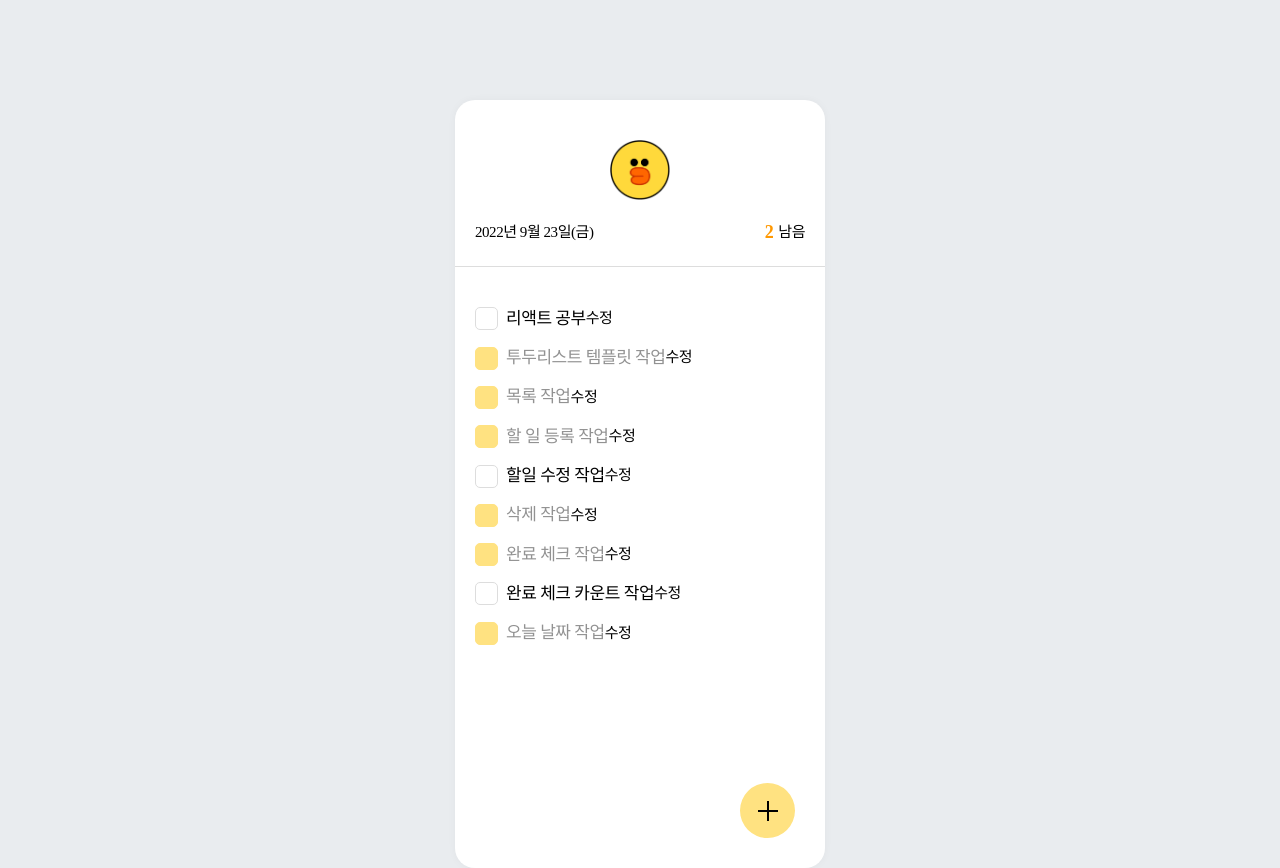
Repository: kwak0630/react-todo
Page: /
An editor plug-in stored every save of this project. The page is shown before and after a run of saves, followed by the edit.
The browser window is 1280 px wide. The pictures show the whole page.
The project was rebuilt for these pictures with package versions that can differ from the ones it lists, and the page was loaded fresh each time. Also part of the build but not shown: src/components/TodoEdit.js.

Above is the page before, as saved 2022-09-23 14:03:15.

### public/index.html
<!DOCTYPE html>
<html lang="en">
  <head>
    <meta charset="utf-8" />
    <link rel="icon" href="../src/assets/images/ico_sally.png" />
    <meta name="viewport" content="width=device-width, initial-scale=1" />
    <meta name="theme-color" content="#000000" />
    <meta
      name="description"
      content="Web site created using create-react-app"
    />
    <link rel="apple-touch-icon" href="%PUBLIC_URL%/logo192.png" />
    <!--
      manifest.json provides metadata used when your web app is installed on a
      user's mobile device or desktop. See https://developers.google.com/web/fundamentals/web-app-manifest/
    -->
    <link rel="manifest" href="%PUBLIC_URL%/manifest.json" />
    <!--
      Notice the use of %PUBLIC_URL% in the tags above.
      It will be replaced with the URL of the `public` folder during the build.
      Only files inside the `public` folder can be referenced from the HTML.

      Unlike "/favicon.ico" or "favicon.ico", "%PUBLIC_URL%/favicon.ico" will
      work correctly both with client-side routing and a non-root public URL.
      Learn how to configure a non-root public URL by running `npm run build`.
    -->
    <title>React - TodoList Test</title>
  </head>
  <body>
    <noscript>You need to enable JavaScript to run this app.</noscript>
    <div id="root"></div>
    <!--
      This HTML file is a template.
      If you open it directly in the browser, you will see an empty page.

      You can add webfonts, meta tags, or analytics to this file.
      The build step will place the bundled scripts into the <body> tag.

      To begin the development, run `npm start` or `yarn start`.
      To create a production bundle, use `npm run build` or `yarn build`.
    -->
  </body>
</html>

### src/App.js

import React, { useState, useRef } from 'react'
import TodoTemplate from './components/TodoTemplate';
import TodoHeader from './components/TodoHeader';
import TodoList from './components/TodoList';
import TodoCreate from './components/TodoCreate';
import TodoEdit from './components/TodoEdit';
import "./assets/css/style.scss"


function App() {

  // const todos = [
  const  [todos, setTodos] = useState([
    {
      id: 1,
      text: '리액트 공부',
      done: false
    },
    {
      id: 2,
      text: '투두리스트 템플릿 작업',
      done: true
    },
    {
      id: 3,
      text: '목록 작업',
      done: true
    },
    {
      id: 4,
      text: '할 일 등록 작업',
      done: true
    },
    {
      id: 5,
      text: '할일 수정 작업',
      done: false
    },
    {
      id: 6,
      text: '삭제 작업',
      done: true
    },
    {
      id: 7,
      text: '완료 체크 작업',
      done: true
    },
    {
      id: 8,
      text: '완료 체크 카운트 작업',
      done: false
    },
    {
      id: 9,
      text: '오늘 날짜 작업',
      done: true
    }
  ]);

  const nextId = useRef(0);

  const onSubmit = (text) => {
    const todo = {
      id: nextId.current,
      text,
      done: false,
    };
    setTodos(todos.concat(todo));
    nextId.current ++; // 1씩 더하기 ?????? 근데 왜 오류 나지?????
  };

  const onRemove = (id) => {
    setTodos(todos.filter((todo) => todo.id !== id));
  };

  const onCheck = (id) => {
    setTodos(
      todos.map((todo) => {
      return todo.id === id ? { ...todo, done: !todo.done } : todo;
      })
    );
  };

  const [selectedTodo, setSelectedTodo] = useState(null);
  const [insertToggle, setInsertToggle] = useState(false);

  const onInsertToggle = () => {
    if (selectedTodo) {
      setSelectedTodo(null);
    }
    setInsertToggle((prev) => !prev);
  };
  const onChangeSelectedTodo = (todo) => {
    setSelectedTodo(todo);
  };


  return (
    <div>
      <TodoTemplate>
        <TodoHeader />
        <TodoList todos={todos} onRemove={onRemove} onCheck={onCheck} onInsertToggle={onInsertToggle} onChangeSelectedTodo={onChangeSelectedTodo} />
        <TodoCreate onSubmit={onSubmit} />

        {insertToggle && (
          <TodoEdit />
        )}
      </TodoTemplate>
    </div>
  );
}

export default App;

### src/components/TodoTemplate.js
import React from 'react';
import styled from 'styled-components';

const TodoTemplateBlock = styled.div`
    position: relative;

    display: flex;
    flex-direction: column;

    width: 370px;
    height: 768px;
    margin: 100px auto 0;

    background: white;
    border-radius: 20px;
    box-shadow: 0 0 8px 0 rgba(0, 0, 0, 0.04);
`;

function TodoTemplate({children}){
    return (
        <TodoTemplateBlock>
            {children}
        </TodoTemplateBlock>
    )
}

export default TodoTemplate;

### src/components/TodoHeader.js
import React from 'react';
import styled from 'styled-components';

const TodoHeaderBlock = styled.div`
    padding:40px 0 0;
    text-align: center;
    h1{
        font-size: 25px;
    }
    .sally{
        width: 60px;
    }
    .header-box{
        display: flex;
        justify-content: space-between;
        align-items: center;
        padding: 20px;
        border-bottom: 1px solid #ddd;
        .task{
            display: flex;
            justify-content: space-between;
            align-items: center;
            em{
                padding-right: 5px;
                font-size: 18px;
                font-weight: 700;
                color: #ff9800;
            }
        }
    }
`;

function TodoHeader(){
    // 날짜
    const today = new Date();
    const dateString = today.toLocaleDateString('ko-KR', {
      year: 'numeric',
      month: 'long',
      day: 'numeric'
    });
    const dayName = today.toLocaleDateString('ko-KR', { weekday: 'short' }); // long or short (금요일 or 금)

    return (
        <TodoHeaderBlock>
            <img className="sally" src={require('../assets/images/ico_sally.png')} alt="sally icon" />
            <div className="header-box">
                <span className='day'>{dateString}({dayName})</span>
                <span className='task'><em>2</em>남음</span>
            </div>
        </TodoHeaderBlock>
    )
}

export default TodoHeader;

### src/components/TodoList.js
import React from 'react';
import styled from 'styled-components';
import TodoItem from './TodoItem';

const TodoListBlock = styled.div`
    padding:40px 20px 0;

`;

function TodoList({todos, onCheck, onRemove, onChangeSelectedTodo, onInsertToggle}){
    return (
        <TodoListBlock>
            {todos.map((todo) =>
                <TodoItem
                    todo={todo}
                    key={todo.id}
                    onCheck={onCheck}
                    onRemove={onRemove}
                    onChangeSelectedTodo={onChangeSelectedTodo}
                    onInsertToggle={onInsertToggle}
                />
            )}
            {/* <TodoItem text="React 공부" />
            <TodoItem text="TodoList Template" done={true} /> */}
        </TodoListBlock>
    )
}

export default TodoList;

### src/components/TodoCreate.js
import React, { useState, useEffect, useRef } from 'react';
import styled, {css} from 'styled-components';

const TodoCreateBlock = styled.div`
`;
const CreateBox = styled.div`
    position: absolute;
    bottom: 35px;
    right: 95px;
    display: flex;
    align-items: center;
    transition: 0.2s all ease-in;
    opacity: 0;
    .input-text{
        width: 170px;
        height: 45px;
        padding: 0 10px;
        border:1px solid #ddd;
        border-radius: 5px;
    }
    .btn-type{
        width: 60px;
        height: 45px;
        margin-left: 10px;
        border: none;
        border-radius: 5px;
        background: #ffe281;
        font-weight: 700;
    }
    ${props =>
        props.open &&
        css`
            opacity: 1;
      `}
`;

const CreateBtn = styled.div`
    position: absolute;
    bottom: 30px;
    right: 30px;
    width: 55px;
    height: 55px;
    border-radius: 100%;
    background: #ffe281;
    font-size: 0;
    &:before{
        content: '';
        position: absolute;
        top: 50%;
        left: 50%;
        width: 20px;
        height: 2px;
        background: #000;
        transform: translate(-50%, -50%);
        transition: 0.125s all ease-in;
    }
    &:after{
        content: '';
        position: absolute;
        top: 50%;
        left: 50%;
        width: 2px;
        height: 20px;
        background: #000;
        transform: translate(-50%, -50%);
        transition: 0.125s all ease-in;
    }
    ${props =>
        props.open &&
        css`
        &:before {
            transform: translate(-50%, -50%) rotate(45deg);
        }
        &:after {
            transform: translate(-50%, -50%) rotate(45deg);
        }
      `}
`;

function TodoCreate(props){
    const [open, setOpen] = useState(false);
    const [value, setValue] = useState('');
    const ref = useRef();

    // 클릭시 오픈/닫기
    const onToggle = () => setOpen(!open);
    // 이벤트가 발생할 때마다(글자가 하나씩 입력될 때 마다) 변화를 감지
    const onChange = (e) =>{
        setValue(e.target.value);
    }

    const onKeyPress = (e) => {
        if (e.key === "Enter") {
            onSubmit();
        }
    };
    const onSubmit = (e) => {
        e.preventDefault(); // onSubmit 이벤트는 브라우저를 새로고치기 때문에 막아주기
        if (!value) return;
        // 만약 input 창이 빈채로 submit을 하려고 할 땐 return시키기
        props.onSubmit(value);
        setValue("");
        // submit을 한 후에는 input 창을 비우기
    };

    useEffect(() => {
        ref.current.focus();
    }, []);

    return (
        <TodoCreateBlock>
            {/* {open && ( */}
            <form onSubmit={onSubmit}>
                <CreateBox open={open}>
                    <input
                        type="text"
                        className="input-text"
                        placeholder='할 일을 입력하세요.'
                        value={value}
                        onChange={onChange}
                        ref={ref}
                    />
                    <button
                        type="submit"
                        className='btn-type'
                        onClick={onSubmit}
                        onKeyPress={onKeyPress}
                    >
                        추가
                    </button>
                </CreateBox>
            </form>
            {/* )} */}
            <CreateBtn onClick={onToggle} open={open}>
                추가
            </CreateBtn>
        </TodoCreateBlock>
    )
}

export default TodoCreate;

### src/assets/css/style.scss

* {margin:0;padding:0;vertical-align:baseline;-webkit-text-size-adjust:100%;box-sizing:border-box;word-break:break-all;
  font-family: 'LeferiPoint-r';}
::before,::after{box-sizing:border-box;}

body {line-height:1.43;font-family:LeferiPoint-r,Noto,sans-serif;font-size:15px;letter-spacing:-0.03em;}
article, aside, details, figcaption, figure, footer, header, hgroup, menu, nav, section {display:block;}
ol, ul {list-style: none;}
blockquote, q {quotes: none;}
blockquote:before, blockquote:after,q:before, q:after {content: '';display:block;}

/* 테이블 스타일 초기화 */
table {width:100%;border-collapse:collapse;border-spacing:0;empty-cells:show;table-layout:fixed;}
th,td{font-weight:600;}
td {word-wrap:break-word;word-break:keep-all;}
fieldset {border:0;margin:0;padding:0;}
legend, caption {visibility:hidden;overflow:hidden;width:0;height:0;font-size:0;line-height:0;}
address, caption, em, var{font-style:normal;font-weight:inherit;}

/* 링크 */
a{text-decoration:none;}

pre{font-family: inherit;white-space: pre-wrap;}

/* 이미지, 폼관련 요소 */
img {border:0;vertical-align:top;width:100%;}

body {
  background: #e9ecef;
}

### src/components/TodoItem.js
import React from 'react';
import styled, {css} from 'styled-components';

const Check = styled.div`
    width: 23px;
    height: 23px;
    margin-right: 8px;
    border: 1px solid #ddd;
    border-radius: 5px;
    // box-shadow: 1px 0 8px 2px rgba(0,0,0,0.05);
    transition: 0.125s all ease-in;
    ${props =>
    props.done &&
    css`
      background: #ffe281;
      border-color: #ffe281;
    `}

`;

const Text = styled.div`
    position: relative;
    font-size: 17px;
    // font-family: 'NanumSquareRound';
    transition: 0.125s all ease-in;
    ${props =>
    props.done &&
    css`
      color: #929292;
    `}

`;
const Remove = styled.div`
    position: absolute;
    top: 12%;
    right: 0px;
    width: 20px;
    height: 20px;
    font-size: 0;
    opacity: 0;
    transition: 0.125s all ease-in;
    &:before{
        content: '';
        position: absolute;
        top: 50%;
        left: 50%;
        width: 20px;
        height: 1px;
        background: #000;
        transform: translate(-50%, -50%) rotate(45deg);
    }
    &:after{
        content: '';
        position: absolute;
        top: 50%;
        left: 50%;
        width: 1px;
        height: 20px;
        background: #000;
        transform: translate(-50%, -50%) rotate(45deg);
    }
    ${props =>
    props.done &&
    css`
      color: #929292;
    `}

`;

const TodoItemBlock = styled.div`
    position: relative;
    display: flex;
    align-items: center;

    margin-bottom: 15px;
    &:hover {
        ${Remove} {
            cursor: pointer;
            opacity: 1;
        }
    }
`;

function TodoItem({todo, onCheck, onRemove, onChangeSelectedTodo, onInsertToggle}){
    const {id, text, done } = todo;
    return (
        <TodoItemBlock>
            <Check done={done} onClick={() => onCheck(id)}></Check>
            {/* <div className="check" done={done}>
                {done ? '✅' : '🟩'}
            </div> */}
            <Text done={done}>
                {text}
            </Text>
            {/* <LineWrap done={done}>{done && <Line />}</LineWrap> */}
            {/* <Check done={done}></Check>
            <Text done={done}>
                {text}
                {done && <Line done={done}/>}
            </Text> */}
            {/* {text} */}
            <div className="edit" onClick={() =>
                {onChangeSelectedTodo(todo)
                onInsertToggle();
                }
                }>
                    수정
            </div>
            <Remove onClick={() => onRemove(id)}>
                삭제
            </Remove>
        </TodoItemBlock>
    )
}

export default TodoItem;

Loaded but not shown: src/index.js (common file); src/index.css (common file); src/reportWebVitals.js (common file)

After the next 2 saves:
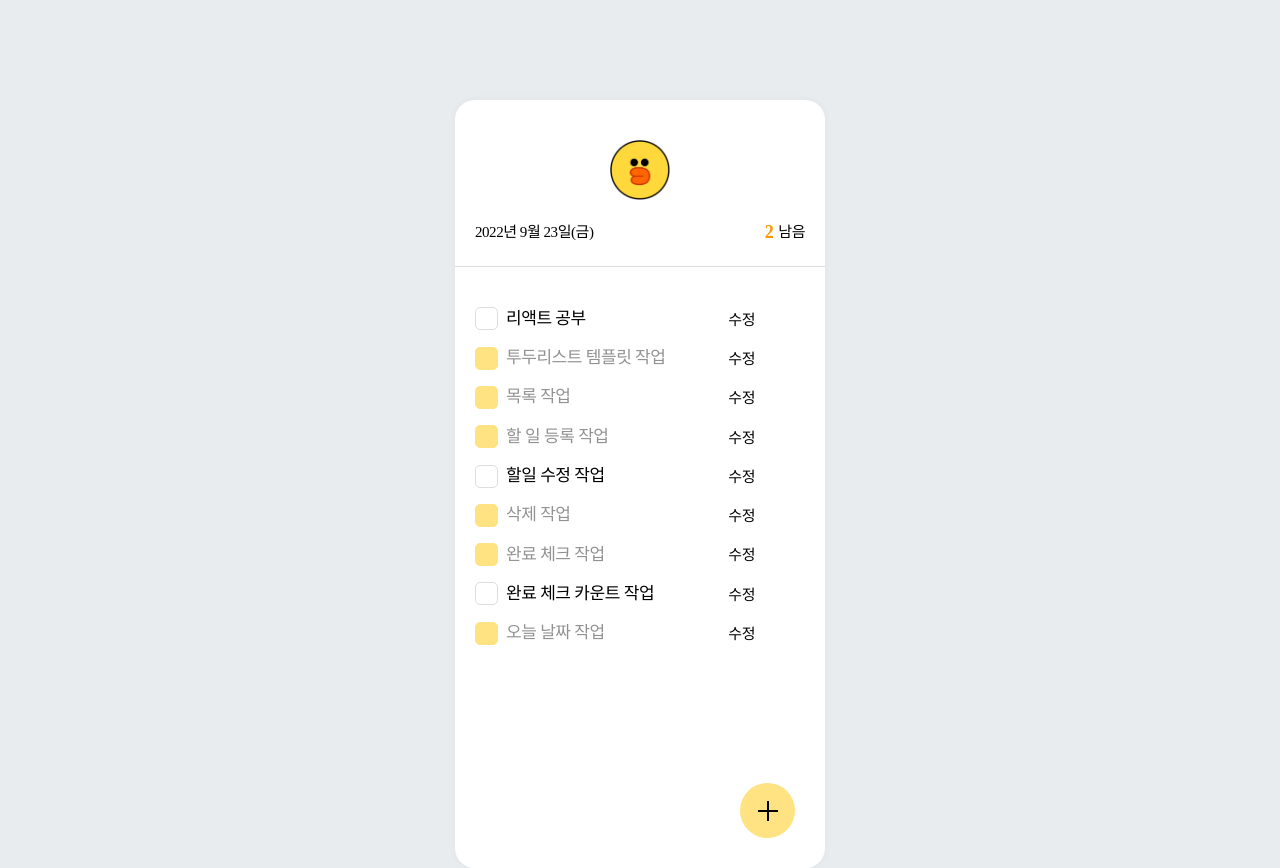
The 2 saves are shown as one change because 1 did not build or start.
The last was saved 85 s later.
--- a/src/components/TodoItem.js
+++ b/src/components/TodoItem.js
@@ -29,6 +29,12 @@
       color: #929292;
     `}
 
+`;
+
+const Edit = styled.div`
+    position: absolute;
+    top: 12%;
+    right: 50px;
 `;
 const Remove = styled.div`
     position: absolute;
@@ -99,13 +105,13 @@
                 {done && <Line done={done}/>}
             </Text> */}
             {/* {text} */}
-            <div className="edit" onClick={() =>
+            <Edit onClick={() =>
                 {onChangeSelectedTodo(todo)
                 onInsertToggle();
                 }
                 }>
                     수정
-            </div>
+            </Edit>
             <Remove onClick={() => onRemove(id)}>
                 삭제
             </Remove>
